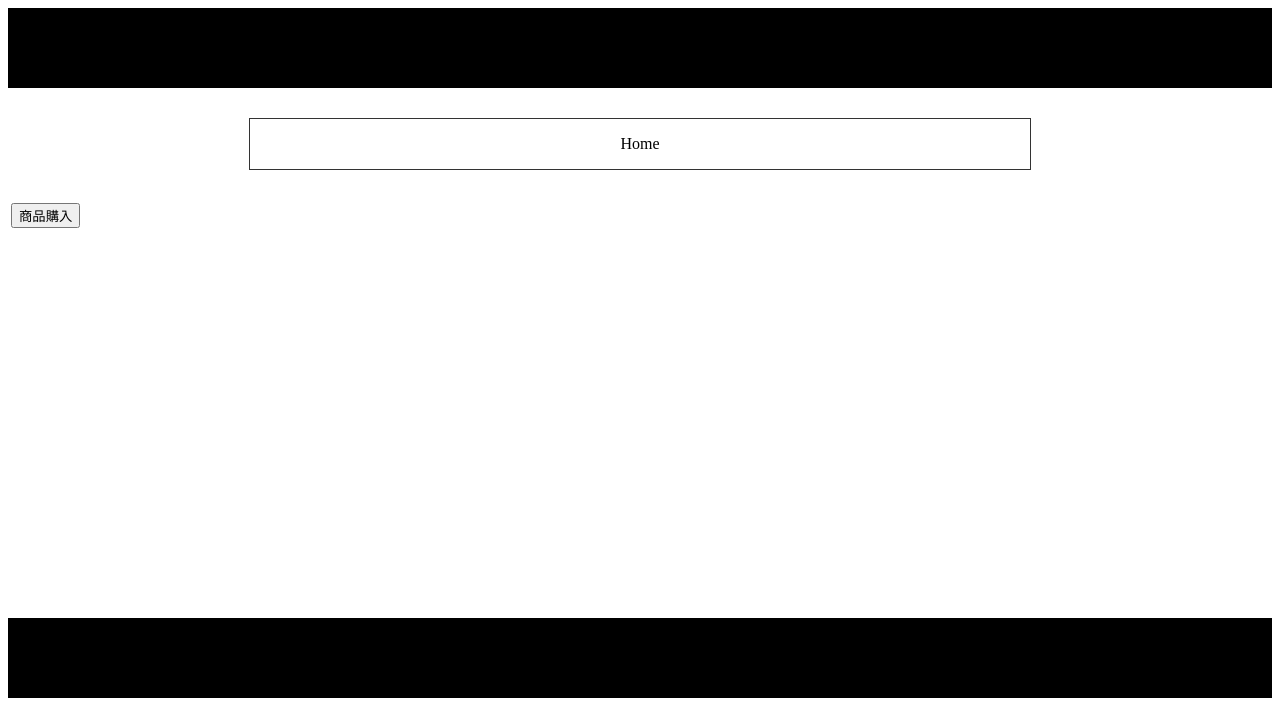
Repository: hiroki811/test
Page: http://localhost/template/
An editor plug-in stored every save of this project. The page is shown before and after the next save, followed by the edit.
The browser window is 1280 px wide. The pictures show the whole page.
The page is served by Tomcat 9. Other server files are loaded and not shown.

Above is the page before, as saved 2018-04-17 05:47:54.

### template/WebContent/home.jsp
<%@ page language="java" contentType="text/html; charset=UTF-8"
	pageEncoding="UTF-8"%>
<%@ taglib prefix="s" uri="/struts-tags"%>
<!DOCTYPE html >
<html>
<head>
<meta http-equiv="Content-Type" content="text/html; charset=utf-8" />
<meta http-equiv="Content-Style-Type" content="text/css" />
<meta http-equiv="Content-Script-Type" content="text/javascript" />
<meta http-equiv="imagetoolbar" content="no" />
<meta name="description" content="" />
<meta name="keywords" content="" />
<title>Home画面</title>
<style type="text/css">

/* =========================TAG LAYOUT ===============================* /
         body {
	matgin: 0;
	padding: 0;
	lin-height: 1.6;
	lettter-spacing: 1px;
	font-family: Verdana, Helvetica, sans-serif;
	font-size: 12px;
	color: #333;
	background: #fff;
}

table {
	text-align: center;
	margin:0 auto;

}
/*======================ID LAYOUT================================*/
     #top{
     width:780px;
     margin:30px auto;
     border:1px solid #333;

     }

     #header{
      width:100%;
      height:80px;
      background-color:black;
      }
      #main{
      width:100%;
      height:500px;
     text-align: center;
      }
      #footer{
      width:100%;
      height:80px;
      background-color:black;
      clear:both;
      }
      </style>

  </head>
<body>
      <div id = "header">
               <div id="pr">
                </div>
      </div>
      <div id="main">
           <div id ="top">
                    <p>Home</p>
           </div>
           <div>
                       <s:form action="HomeAction">
                              <s:submit value="商品購入"/>
                       </s:form>
           </div>
     </div>
     <div id="footer">
            <div id ="pr">
            </div>
    </div>
</body>
</html>

After the next save:
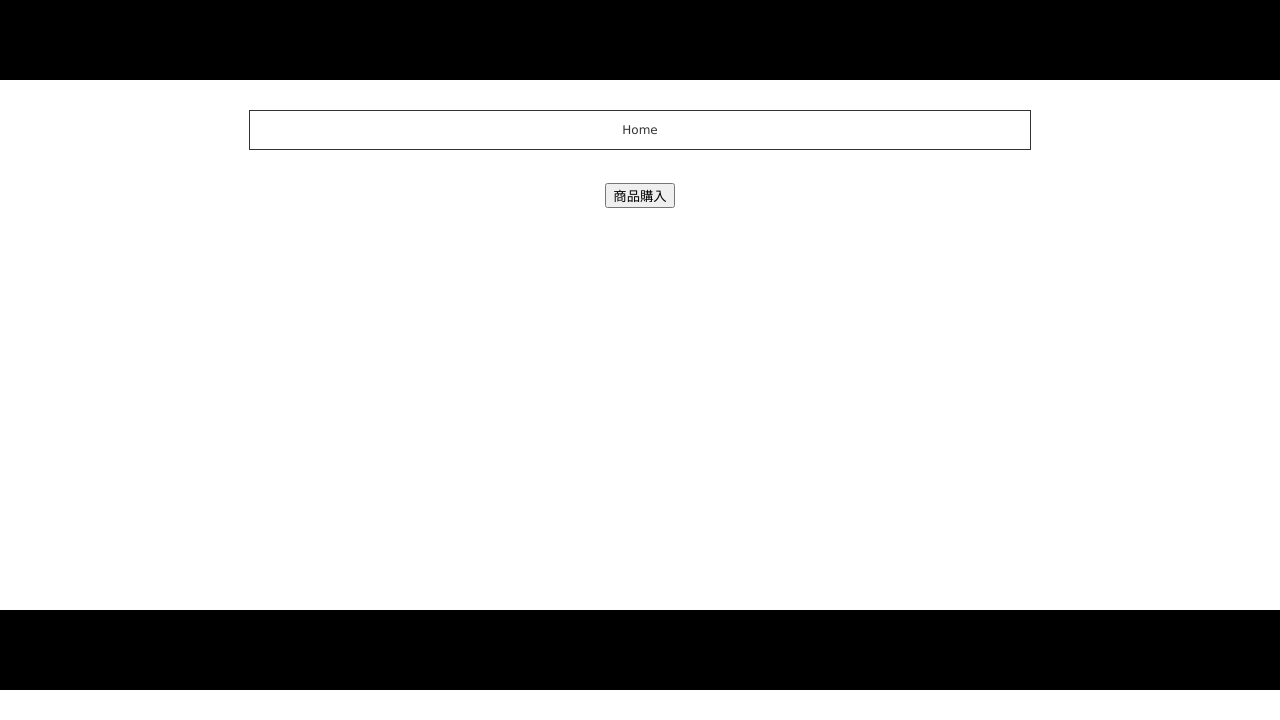
Saved 3 min 7 s later.
--- a/template/WebContent/home.jsp
+++ b/template/WebContent/home.jsp
@@ -13,9 +13,9 @@
 <title>Home画面</title>
 <style type="text/css">
 
-/* =========================TAG LAYOUT ===============================* /
+/* =========================TAG LAYOUT ===============================*/
          body {
-	matgin: 0;
+	margin: 0;
 	padding: 0;
 	lin-height: 1.6;
 	lettter-spacing: 1px;
